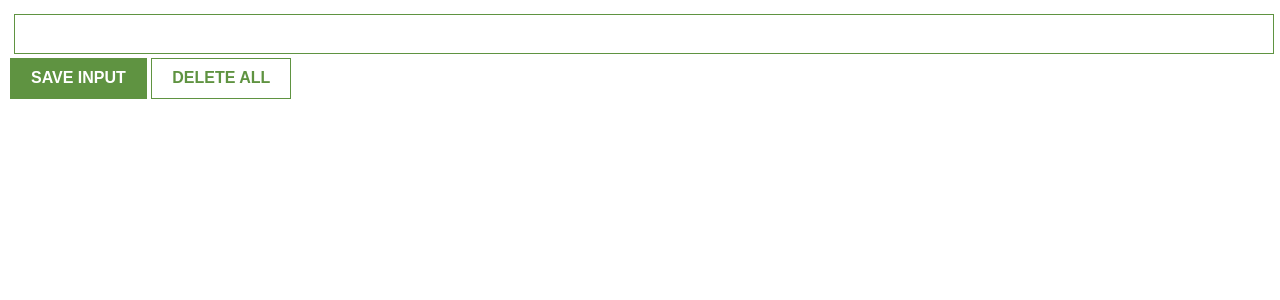
Repository: jt010051/chromeExtension
Page: index.html
The author's editor kept a copy of each file at every save. The page is drawn from the files as they stood at one save, then again after the next save.
The browser window is 1280 px wide. The pictures show the whole page.

Above is the page before, as saved 2022-02-28 07:56:18.

### index.html
<html>
    <head><link rel="stylesheet" href="https://cdnjs.cloudflare.com/ajax/libs/normalize/8.0.1/normalize.css">
        <link rel="stylesheet" href="index.css">
    </head>
    <body>
        <input type="text" id="input-el">
        <button id="input-btn">SAVE INPUT</button>
        <button id="delete-btn">DELETE ALL</button>
        <ul id="ul-el"></ul>
        <script src="index.js"></script>
    </body>
</html>

### index.css
body {
    margin: 0;
    padding: 10px;
    font-family: Arial, Helvetica, sans-serif;
min-width: 400px;
}




input {
    width: 100%;
   padding: 10px;

    box-sizing: border-box;
    border: 1px solid #5f9341;

    margin: 4px;
}

button {
   background: #5f9341;
   color: white;
padding:10px 20px;
border: 1px solid #5f9341;

    font-weight: bold;

}
#delete-btn{
background-color: white;
color: 5f9341;

}
ul {
 list-style: none;
 padding-left: 0;
 margin-top: 20px;
}

li {
    margin-top: 5px;
}

li a {
   color : #5f9341;
}

### index.js

let myLeads=[]
const inputEl=document.getElementById("input-el")
const inputBtn = document.getElementById("input-btn")
const ulEl = document.getElementById("ul-el")
const deleteBtn =document.getElementById("delete-btn")

const leadsFromStorage = JSON.parse(localStorage.getItem("myLeads"))


if (leadsFromStorage){
    myLeads = leadsFromStorage
    render(myLeads)
}
function render(leads){
    let listItems =""

    for(let i = 0; i<leads.length; i++){
        //listItems += "<li><a target ='_blank' href= '" +myLeads[i] +"'>"+myLeads[i]+"</a></li>"
        listItems += `
        <li>
             <a target ='_blank' href= '${leads[i]}'>
                 ${leads[i]}
             </a>
        </li>
        `
    }
    ulEl.innerHTML =listItems
    }
deleteBtn.addEventListener('dblclick', function () {
localStorage.clear()
myLeads =[]
render(myLeads)
});
inputBtn.addEventListener("click", function(){

myLeads.push(inputEl.value)
inputEl.value = ""

   localStorage.setItem("myLeads", JSON.stringify(myLeads) )
render(myLeads)
console.log(localStorage.getItem("myLeads"))
})

After the next save:
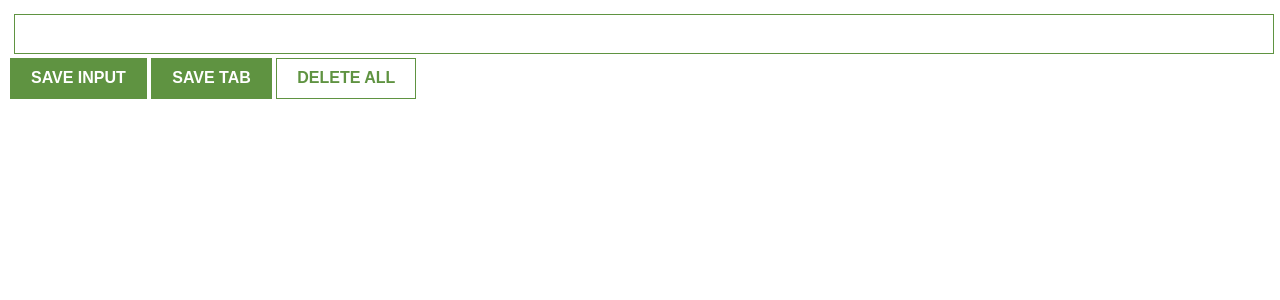
Saved 39 min 5 s later.
--- a/index.html
+++ b/index.html
@@ -5,6 +5,7 @@
     <body>
         <input type="text" id="input-el">
         <button id="input-btn">SAVE INPUT</button>
+        <button>SAVE TAB</button>
         <button id="delete-btn">DELETE ALL</button>
         <ul id="ul-el"></ul>
         <script src="index.js"></script>
